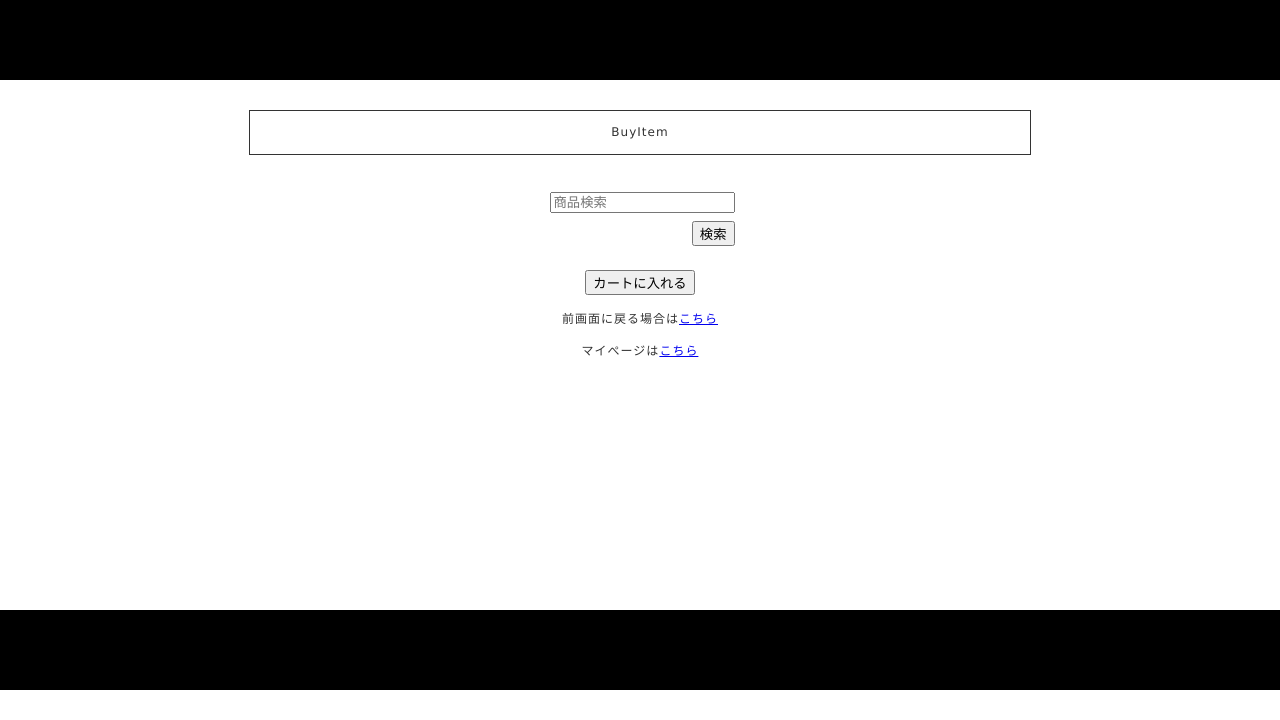
Repository: y321sudo/test2
Page: http://localhost/Yukazon/buyItem.jsp
An editor plug-in stored every save of this project. The page is shown before and after the next save, followed by the edit.
The browser window is 1280 px wide. The pictures show the whole page.
The page is served by Tomcat 9. Other server files are loaded and not shown.

Above is the page before, as saved 2018-02-26 05:36:15.

### Yukazon/WebContent/buyItem.jsp
<%@ page language="java" contentType="text/html; charset=UTF-8" pageEncoding="UTF-8"%>
<%@ taglib prefix="s" uri="/struts-tags"%>
<!DOCTYPE html>
<html>
<head>
	<meta http-equiv="Content-Type" content="text/html; charset=utf-8" />
	<meta http-equiv="Content-Style-Type" content="text/css" />
	<meta http-equiv="Content-Script-Type" content="text/javascript" />
	<meta http-equiv="imagetoolbar" content="no" />
	<meta name="description" content="" />
	<meta name="keywords" content="" />

	<title>buyItem画面</title>

	<style type="text/css">
/* ========TAG LAYOUT======== */
	body {
		margin:0;
		padding:0;
		line-height:1.6;
		letter-spacing:1px;
		font-family:Verdana, Helvetica, sans-serif;
		font-size:12px;
		color:#333;
		background:#fff;
	}
	table {
		text-align:center;
		margin:0 auto;
	}
/* ========ID LAYOUT======== */
	#top {
		width:780px;
		margin:30px auto;
		border:1px solid #333;
	}
	#header {
		width: 100%;
		height: 80px;
		background-color: black;
	}
	#search{
		text-align:right;
	}
	#main {
		width: 100%;
		height: 500px;
		text-align: center;
	}
	#footer {
		width: 100%;
		height: 80px;
		background-color: black;
		clear:both;
	}
	</style>
</head>
<body>
	<div id="header">
	</div>
	<div id="main">
		<div id="top">
			<p>BuyItem</p>
		</div>
<div>
		<s:form action="ItemSearchAction">

			<tr id="search">
				<td>
					<s:textfield name="searchWord" placeholder="商品検索"/>
				</td>
				<td>
					<s:submit value="検索"/>
				</td>
			</tr>

		</s:form>

		<s:if test="message != ''">
			<h3><s:property value="message" escape="false"/></h3>
		</s:if>

		<s:form action="BuyItemAction">
			<table>
				<s:iterator value="buyItemDTOList">

				<tr>
					<td>
						<h3><s:property value="itemName"/></h3>
					</td>
				</tr>



				<tr>
					<td>
						<span>値段</span>
					</td>
					<td>
						<s:property value="itemPrice" /><span>円</span>
					</td>
				</tr>
				<tr>
					<td>
						<span>在庫</span>
					</td>
					<td>
					<s:if test="item_stock>0">
						<s:property value="item_stock"/>
					</s:if>
					<s:else>
						<span>品切れ</span>
					</s:else>
					</td>
				</tr>

				<tr>
					<td>
						<span>購入個数</span>
					</td>
					<td>
					<s:if test="item_stock>0">
						<select name="count">
							<option value="0" selected="selected">0</option>
							<option value="1">1</option>
							<option value="2">2</option>
							<option value="3">3</option>
							<option value="4">4</option>
							<option value="5">5</option>
						</select>
					</s:if>
					<s:else>
						<select name="count">
							<option value="0" selected="selected">0</option>
						</select>
					</s:else>
					</td>
				</tr>
				<tr>
					<td>
						<br>
					</td>
				</tr>
				</s:iterator>

				<tr>
					<td>
						<s:submit value="カートに入れる"/>
					</td>
				</tr>

			</table>
		</s:form>

			<div>
				<p>前画面に戻る場合は<a href='<s:url action="GoHomeAction" />'>こちら</a></p>
				<p>マイぺージは<a href='<s:url action="MyPageAction" />'>こちら</a></p>
			</div>
		</div>
	</div>
	<div id="footer">
	</div>
</body>
</html>

After the next save:
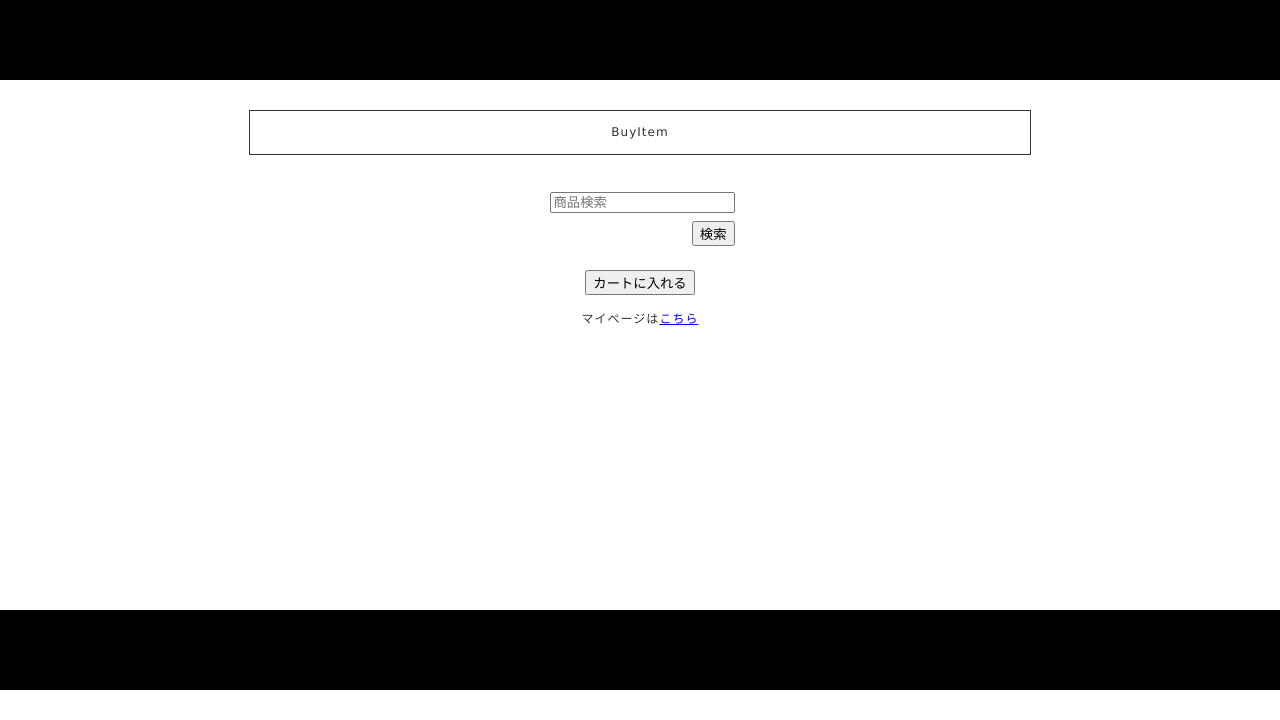
Saved 97 s later.
--- a/Yukazon/WebContent/buyItem.jsp
+++ b/Yukazon/WebContent/buyItem.jsp
@@ -39,9 +39,6 @@
 		height: 80px;
 		background-color: black;
 	}
-	#search{
-		text-align:right;
-	}
 	#main {
 		width: 100%;
 		height: 500px;
@@ -65,7 +62,7 @@
 <div>
 		<s:form action="ItemSearchAction">
 
-			<tr id="search">
+			<tr>
 				<td>
 					<s:textfield name="searchWord" placeholder="商品検索"/>
 				</td>
@@ -153,7 +150,6 @@
 		</s:form>
 
 			<div>
-				<p>前画面に戻る場合は<a href='<s:url action="GoHomeAction" />'>こちら</a></p>
 				<p>マイぺージは<a href='<s:url action="MyPageAction" />'>こちら</a></p>
 			</div>
 		</div>
